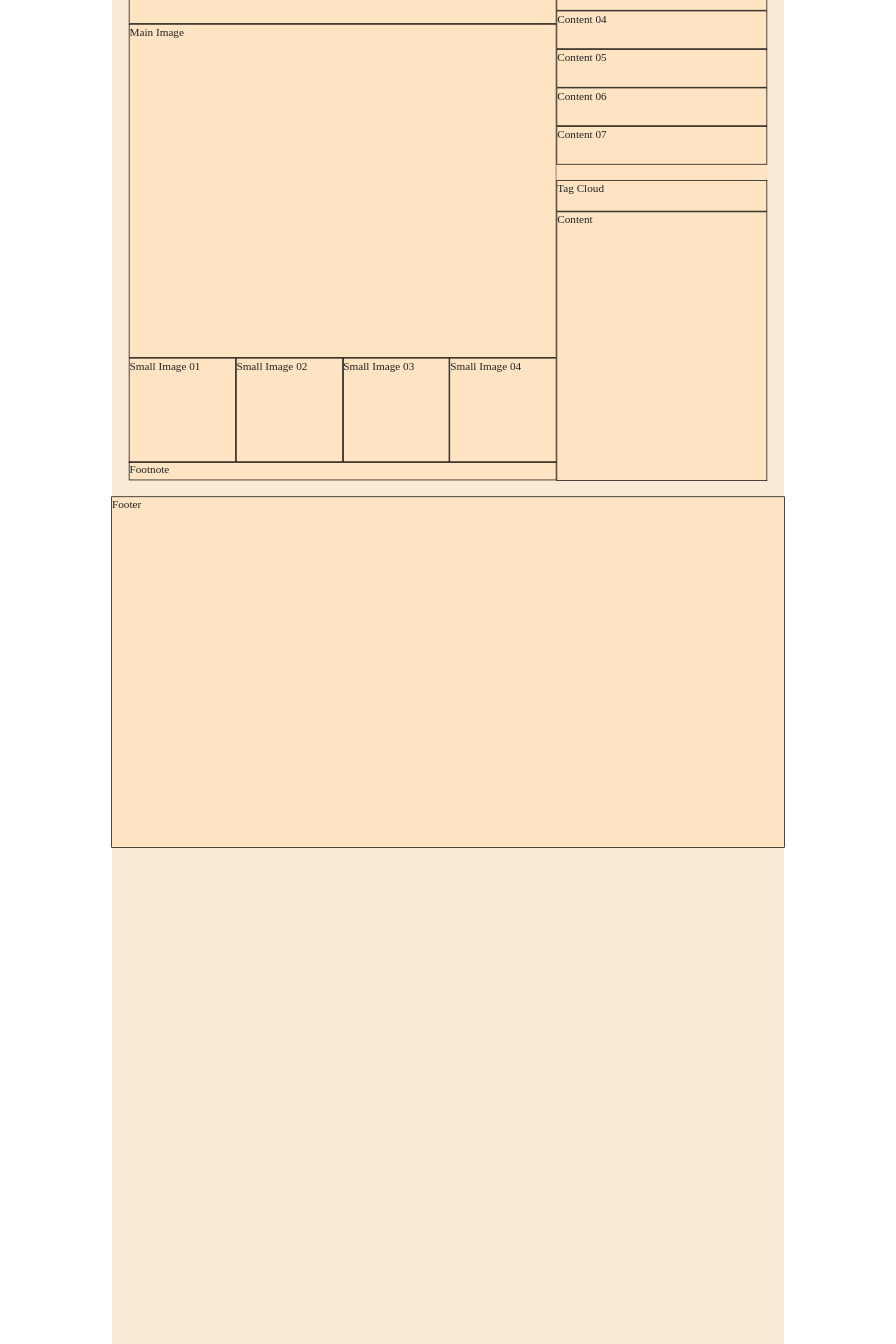
Repository: giovanabirck/cover-magazine-giovanabirck
Page: index.html
These files come from the project's save history. The page is drawn as it stood at one moment and after the next save; the edit follows.
The browser window is 1280 px wide. The pictures show the part of the page from y = 1563 to 3483 px (the page is 5000 px tall), at 70% of full size.

Above is the page before, as saved 2023-01-14 12:51:47.

After the next save:
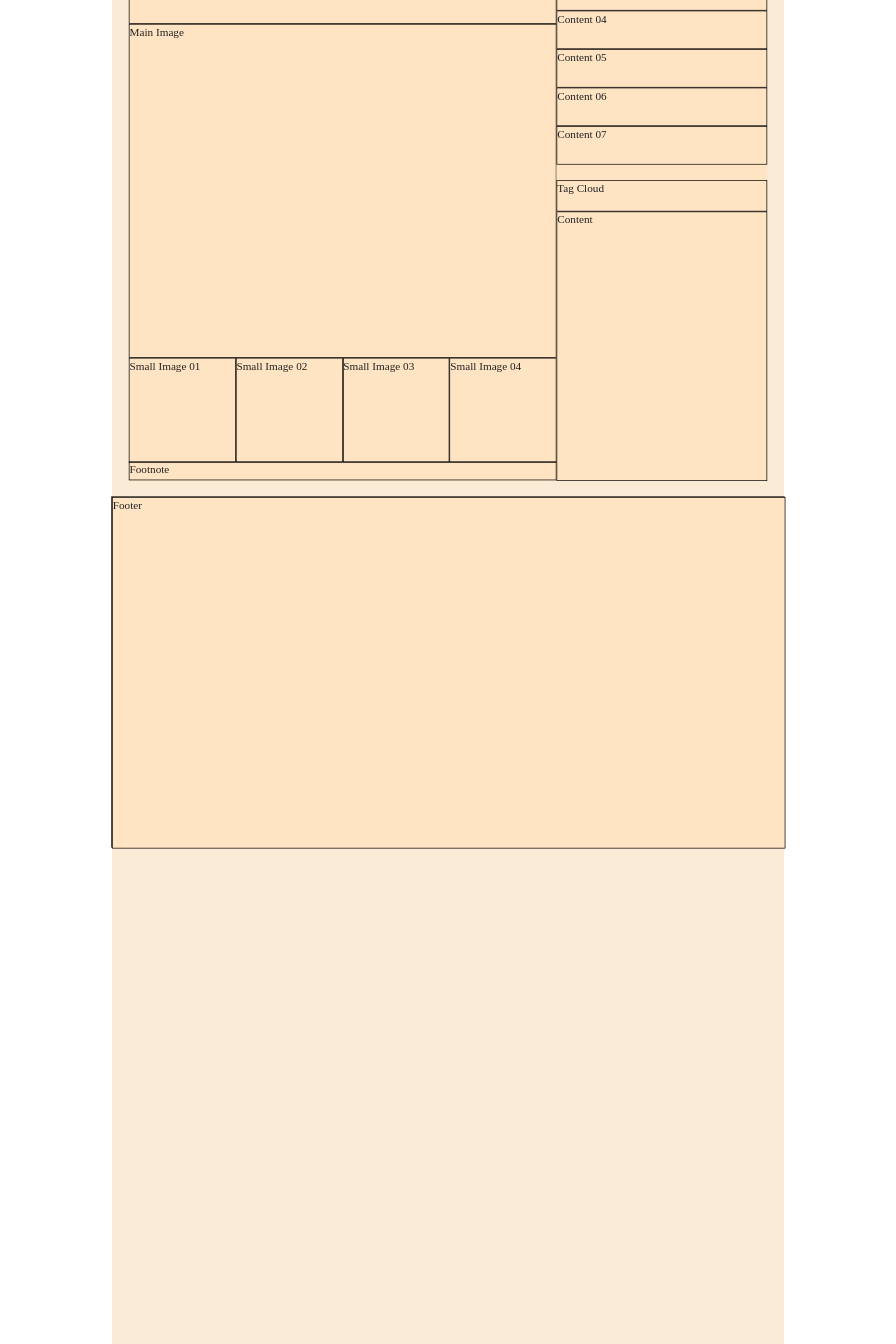
Saved 4 s later.
--- a/css/main.css
+++ b/css/main.css
@@ -514,7 +514,7 @@ textarea {
   height: 500px;
 }
 
-.footer{
+.footer-container{
   background-color: bisque;
   border: solid 1px black;
   width: 100%;
